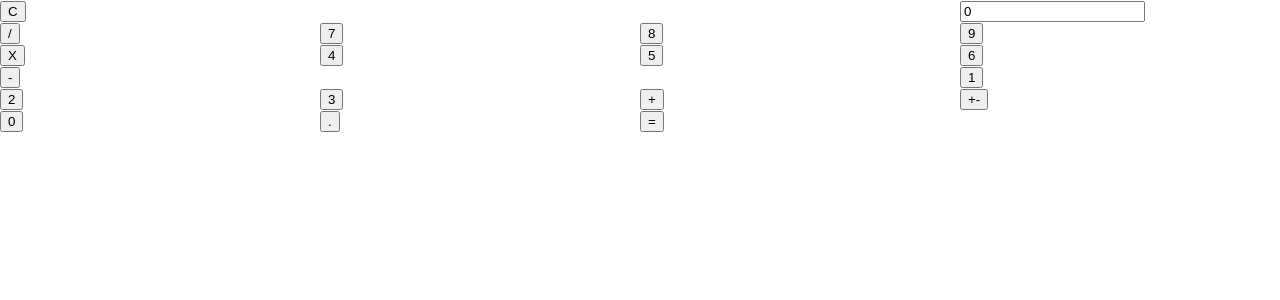
Repository: aaronmatei/react-calc
Page: /
The author's editor kept a copy of each file at every save. The page is drawn from the files as they stood at one save, then again after the next save.
The browser window is 1280 px wide. The pictures show the whole page.
The project was rebuilt for these pictures with package versions that can differ from the ones it lists, and the page was loaded fresh each time.

Above is the page before, as saved 2019-12-13 10:26:48.

After the next save:
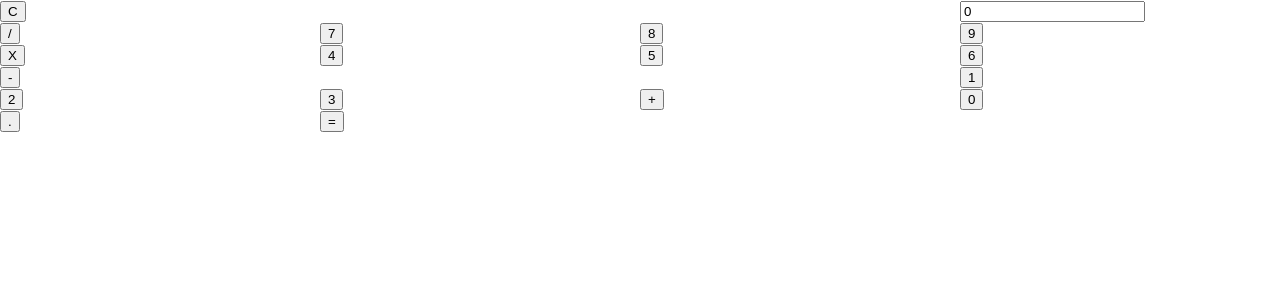
Saved 60 s later.
--- a/src/App.js
+++ b/src/App.js
@@ -31,7 +31,7 @@
 			{ symbol: "2", cols: 1, action: this.addToCurrent },
 			{ symbol: "3", cols: 1, action: this.addToCurrent },
 			{ symbol: "+", cols: 1, action: this.addToCurrent },
-			{ symbol: "+-", cols: 1, action: this.addToCurrent },
+
 			{ symbol: "0", cols: 1, action: this.addToCurrent },
 			{ symbol: ".", cols: 1, action: this.addToCurrent },
 			{ symbol: "=", cols: 1, action: this.addToCurrent },

After the save that followed:
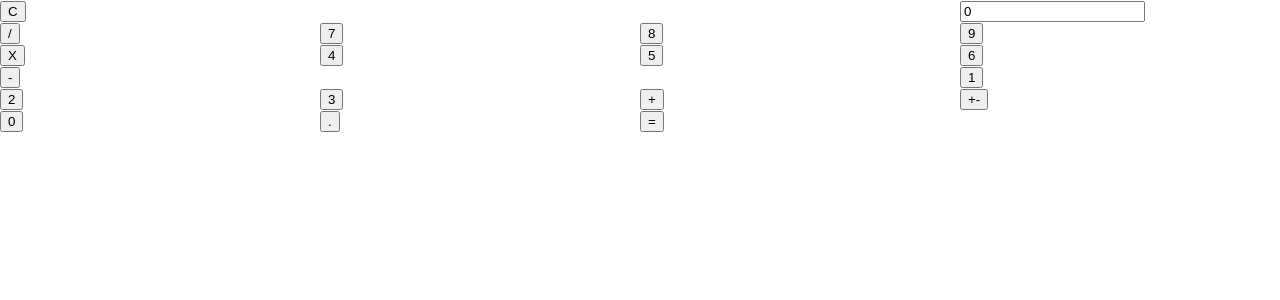
Saved 16 s later.
--- a/src/App.js
+++ b/src/App.js
@@ -31,7 +31,7 @@
 			{ symbol: "2", cols: 1, action: this.addToCurrent },
 			{ symbol: "3", cols: 1, action: this.addToCurrent },
 			{ symbol: "+", cols: 1, action: this.addToCurrent },
-
+			{ symbol: "+-", cols: 1, action: this.addToCurrent },
 			{ symbol: "0", cols: 1, action: this.addToCurrent },
 			{ symbol: ".", cols: 1, action: this.addToCurrent },
 			{ symbol: "=", cols: 1, action: this.addToCurrent },
